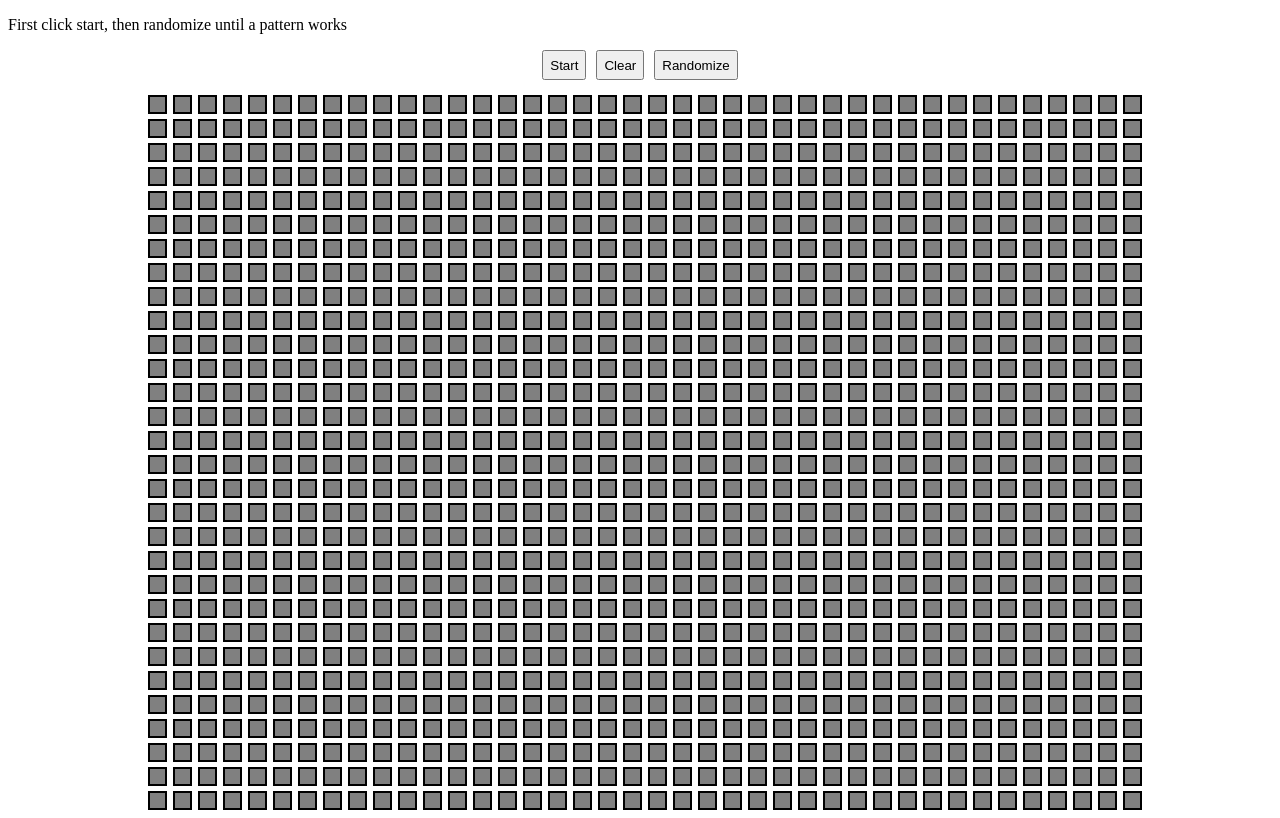
Repository: avanbussum/cellular-automata
Page: /
These files come from the project's save history. The page is drawn as it stood at one moment and after the next save; the edit follows.
The browser window is 1280 px wide. The pictures show the whole page.
The project was rebuilt for these pictures with package versions that can differ from the ones it lists, and the page was loaded fresh each time.

Above is the page before, as saved 2023-04-29 01:44:11.

After the next save:
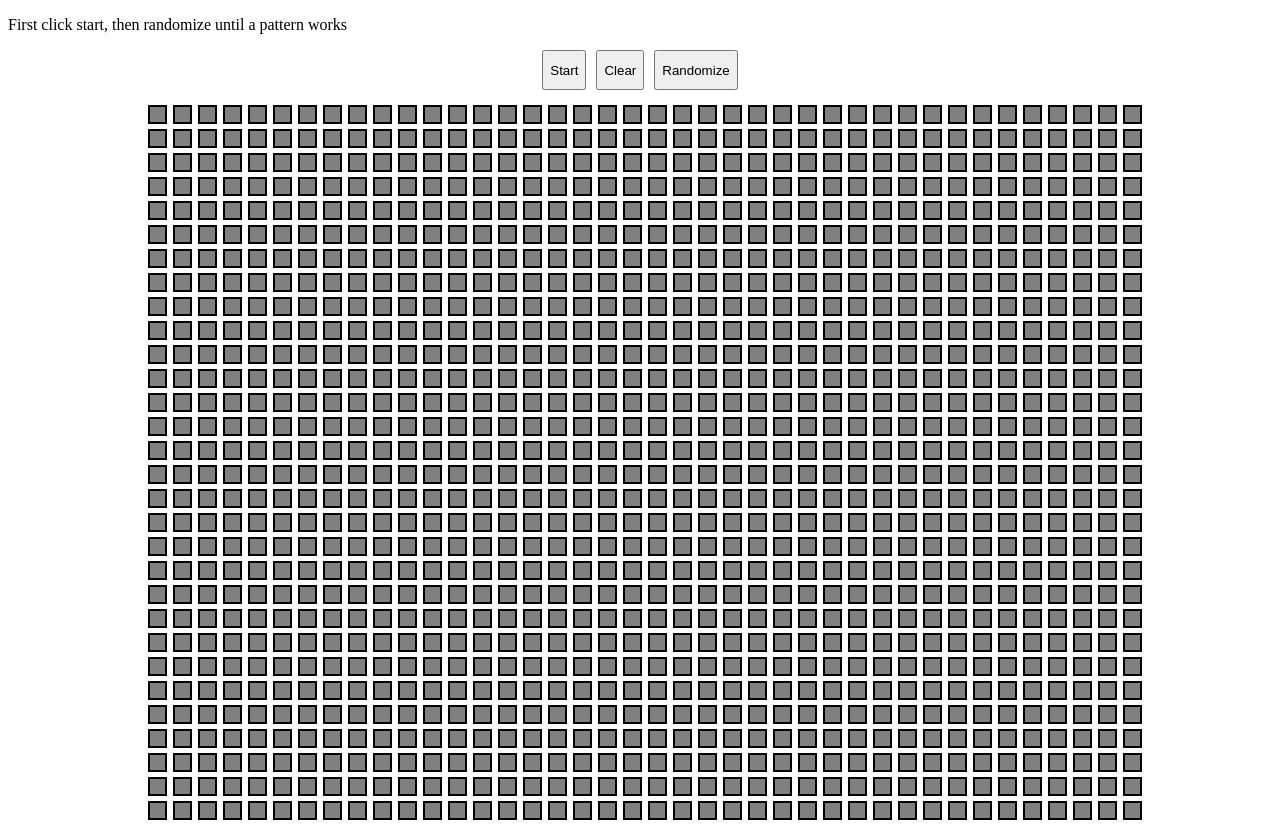
Saved 5 s later.
--- a/src/App.js
+++ b/src/App.js
@@ -147,7 +147,7 @@ export const App = () => {
         }}>
           <button
           style={{
-          height: '30px',
+          height: '40px',
         }}
         onClick={() => {
           setRunning(!running);
